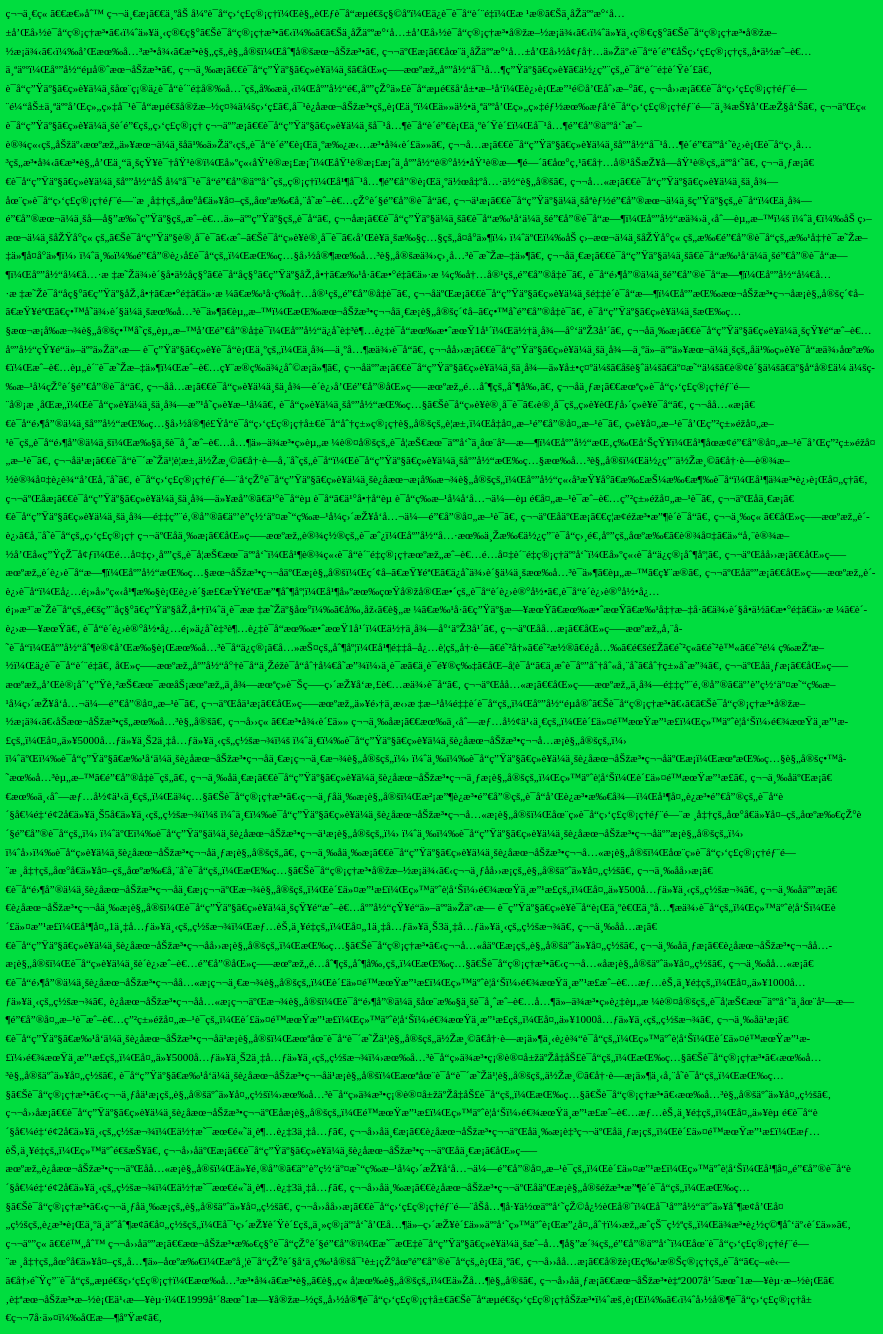
Repository: Shaoxubao/Java
Page: http://localhost/msm/jsp/rule/rules.jsp
The author's editor kept a copy of each file at every save. The page is drawn from the files as they stood at one save, then again after the next save.
The browser window is 1280 px wide. The pictures show the whole page, at 69% of full size.
The page is served by Tomcat 9. Nobody is signed in. The application's start-up code is not run.

Above is the page before, as saved 2015-06-13 17:37:48.

After the next save:
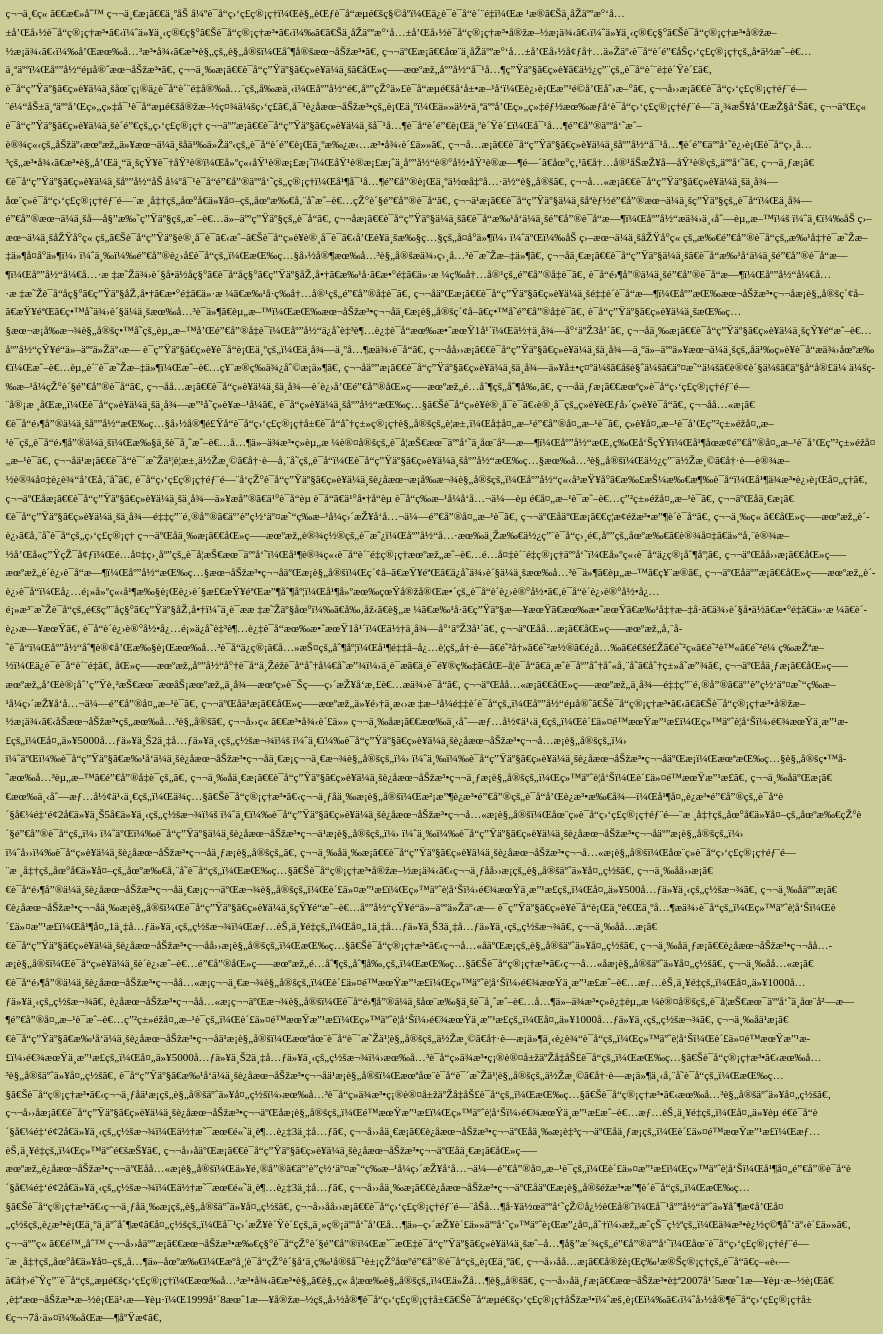
Saved 2 min 22 s later.
--- a/msm/WebContent/jsp/rule/rules.jsp
+++ b/msm/WebContent/jsp/rule/rules.jsp
@@ -4,7 +4,7 @@
 <meta charset="UTF-8">
 <title>Insert title here</title>
 </head>
-<body bgcolor="＃DDF3FF">
+<body bgcolor="#CCCC99">
 第一章　总则
 
 第一条　为加强药品监督管理，规范药品流通秩序，保证药品质量，根据《中华人民共和国药品管理法》（以下简称《药品管理法》）、《中华人民共和国药品管理法实施条例》（以下简称《药品管理法实施条例》）和有关法律、法规的规定，制定本办法。
